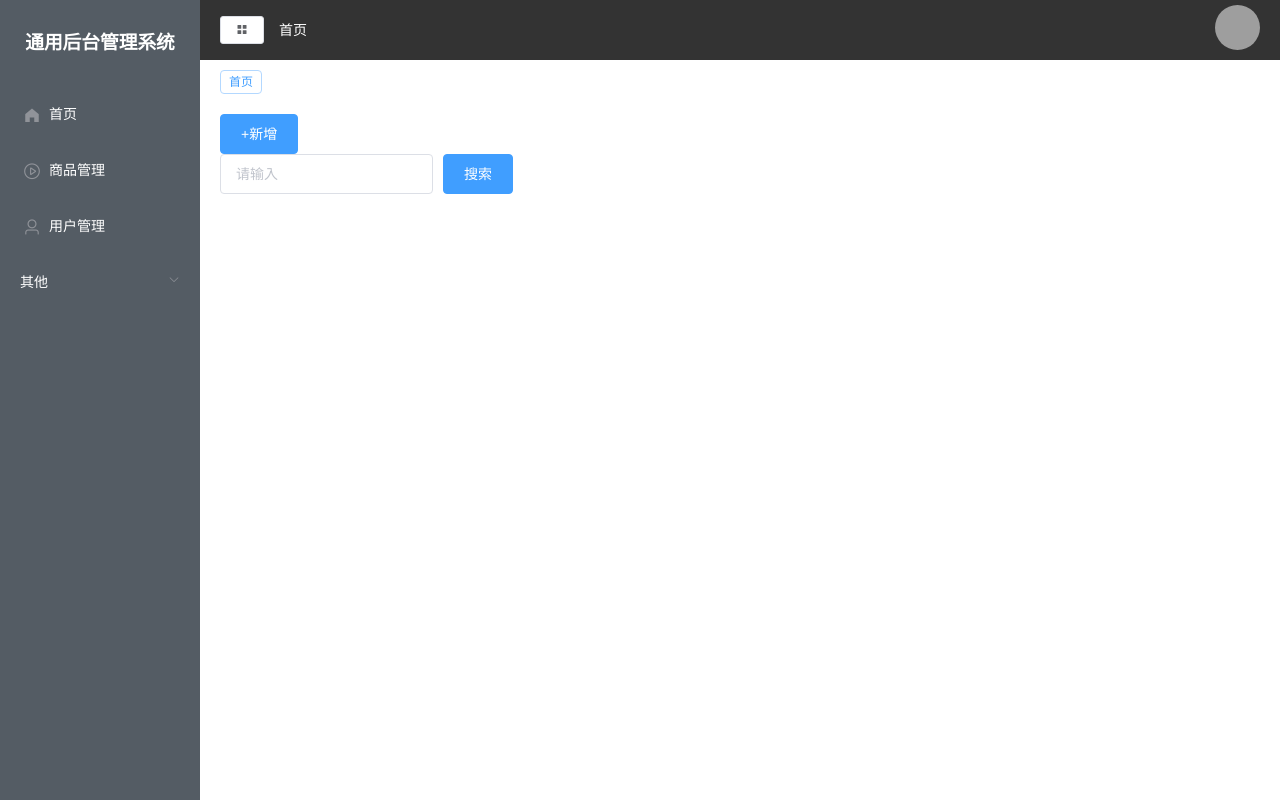
Repository: zhangwen001208/cmd
Page: /user
An editor plug-in stored every save of this project. The page is shown before and after the next save, followed by the edit.
The browser window is 1280 px wide. The pictures show the whole page.
Pictures or frames that could not be fetched are drawn as grey boxes. The project was rebuilt for these pictures with package versions that can differ from the ones it lists, and the page was loaded fresh each time. Also part of the build but not shown: vue.config.js.

Above is the page before, as saved 2022-08-31 11:21:17.

### src/main.js
import Vue from 'vue'
import App from './App.vue'
import router from './router'
import store from './store'
import ElementUI from 'element-ui';
import 'element-ui/lib/theme-chalk/index.css';

import 'normalize.css'
import './assets/css/index.less'

import '../src/request/mock.js'

Vue.config.productionTip = false

Vue.use( ElementUI )

new Vue({
  router,
  store,

  render: h => h(App)
}).$mount('#app')

### src/App.vue
<template>
  <div id="app">
    <router-view/>
  </div>
</template>

<style lang="less">
#app {
  font-family: Avenir, Helvetica, Arial, sans-serif;
  -webkit-font-smoothing: antialiased;
  -moz-osx-font-smoothing: grayscale;
  text-align: center;
  color: #2c3e50;
}

nav {
  padding: 30px;

  a {
    font-weight: bold;
    color: #2c3e50;

    &.router-link-exact-active {
      color: #42b983;
    }
  }
}
</style>

### src/router/index.js

import Vue from 'vue'
import VueRouter from 'vue-router'


Vue.use(VueRouter)

//即路由地址为’ / ’ 的页面，重复点击后重定向到的页面依然是Home页面，也就是所谓的产生了冗余导航，
const VueRouterPush = VueRouter.prototype.push
VueRouter.prototype.push = function push (location) {
  return  VueRouterPush.call(this, location).catch(err => err)
}


const routes = [
  {
    path: '/',
    name: 'main',
    component: () => import('../views/Main.vue'),
    children: [
      {
        path: '',
        name: 'home',

        component:() => import('../views/home/home.vue')
      },
      {
        path: '/user',
        name: 'user',
        component:() => import('../views/user/user.vue')
      },
      {
        path: '/mall',
        name: 'mall',
        component:() => import('../views/mall/mall.vue')
      },
      {
        path: '/page1',
        name: 'page1',
        component:() => import('../views/other/pageOne.vue')
      },
      {
        path: '/page2',
        name: 'page2  ',
        component:() => import('../views/other/pageTwo.vue')
      }



    ]
  },

]

const router = new VueRouter({
  mode: 'history',
  base: process.env.BASE_URL,
  routes
})






export default router

### src/store/index.js
import Vue from 'vue'
import Vuex from 'vuex'
import tab from './tab'
import userData from './userdata'

Vue.use(Vuex)

export default new Vuex.Store({
  state: {
  },
  getters: {
  },
  mutations: {
  },
  actions: {
  },
  modules: {
    tab,
    userData
  }
})

### src/assets/css/index.less
@import './base.less';

### src/request/mock.js
import Mock from 'mockjs'
import homeApi from './home.js'
import userApi from './user'


Mock.mock('/home/getData',homeApi.getStatisticalData )

Mock.mock('/user/add', 'post',userApi.createUser)
//

### src/views/Main.vue
<template>
  <div class="home">
      <el-container style="height: 100%">
        <el-aside width="auto">
          <home-aside/>
        </el-aside>
        <el-container>
          <el-header class="header">
            <home-header></home-header>
          </el-header>
           <commandTag/>
          <el-main>
          <router-view></router-view>
          </el-main>
        </el-container>
    </el-container>


  </div>
</template>

<script>

// @ is an alias to /src

import HomeAside from '../components/HomeAside.vue'
import homeHeader from '../components/homeHeader.vue'
import commandTag from '../components/commendTag.vue'

export default {
  name: 'HomeView',
  components: {
    HomeAside,
    homeHeader,
    commandTag

  }
}
</script>
<style lang="less" scoped>
.header{
  background-color: #333;
}

</style>

### src/views/user/user.vue
<!-- eslint-disable vue/multi-word-component-names -->
<template>
    <div class="manage">
        <el-dialog
         :title="operateType === 'add' ? '新增用户': '更新用户'"
        :visible.sync= 'isShow'>
        <common-form
        :FormLabel="opertateFormLabel"
        :form="operateform"
        :inline="true"
        ref="form">
        </common-form>
        <div slot="footer" class="dialog-fotter">
            <el-button @click="isShow = false">取消</el-button>
            <el-button type="primary" @click="confirm">确定</el-button>
        </div>
        </el-dialog>
        <div class="mange-header">
            <el-button type="primary" @click="addUser">+新增</el-button>
            <common-form
            :FormLabel="formLabel"
            :form="searchFrom"
            :inline="true"
            ref="form"
            >
            <el-button type="primary" @click="getList">搜索</el-button>
            </common-form>

        </div>


    </div>
</template>

<script>
import commonForm from '../../components/commonForm.vue'
    export default {
        components: {
            commonForm
        },
        data() {
            return {
                operateType: 'add',
                isShow: false,
                opertateFormLabel: [
                    {
                        model: 'name',
                        label: '姓名',
                        type: 'input'
                    },
                    {
                        model: 'age',
                        label: '年龄',
                        type: 'input'
                    },
                    {
                        model: 'sex',
                        label: '性别',
                        type: 'select',
                        opts: [
                            {
                                label: '男',
                                value: 1
                            },
                            {
                                label: '女',
                                value: 0

                                    }
                                ]
                            },
                     {
                         model: 'birth',
                         label: '出生日期',
                        type: 'date'
                    },
                     {
                         model: 'addr',
                         label: '地址',
                         type: 'input'
                    }

                ],
                operateform: {
                    name: '',
                    age: '',
                    addr: '',
                    birth: '',
                    sex: ''
                },
                formLabel: [
                        {
                            model: 'keyword',
                            label: '',
                            type: 'input'
                        }
                ],
                searchFrom: {
                        keyword: ''
                    }
             }
        },
        methods: {
            confirm() {

            },
            addUser() {
                this.isShow = true
                this.operateType = 'add'
                this.operateform =  {
                    name: '',
                    addr: '',
                    age: '',
                    birth: '',
                    sex: ''
                }

            },
            getList() {

            }

        }

    }
</script>

<style lang="scss" scoped>

</style>

### src/store/tab.js
export default {
    state: {
       isCollapse: false,
       tabsList: [
        {
            path: '/',
            name: 'home',
            label: '首页',
            icon: 'home'
        }
       ],
       currentMenu: null
    },
    mutations: {
        Collapsemenu(state) {
            state.isCollapse = !state.isCollapse
        },
        selectMenu(state, val) {
            if(val.name !== 'home') {
                state.currentMenu = val
                const result = state.tabsList.findIndex(item => item.name === val.name)

                if(result === -1) {
                    state.tabsList.push(val)
                }else {
                    state.currentMenu == null;
                }
            }
        }

    }
}

### src/store/userdata.js
export default {
    state: {
        opertateFormLabel: [
            {
                model: 'name',
                label: '姓名',
                type: 'input'
            },
            {
                model: 'age',
                label: '年龄',
                type: 'input'
            },
            {
                model: 'sex',
                label: '性别',
                type: 'select',
                opts: [
                    {
                        label: '男',
                        value: 1
                    },
                    {
                        label: '女',
                        value: 0

                    }
                ]
            },
            {
                model: 'birth',
                label: '出生日期',
                type: 'date'
            },
            {
                model: 'addr',
                label: '地址',
                type: 'input'
            }

                ],
                operateForm: {
                    name: '',
                    addr: '',
                    age: '',
                    birth: '',
                    sex: ''
                },
                formLabel: [
                    {
                        model: 'keyword',
                        label: '',
                        type: 'input'
                    }
                ],
                searchFrom: {
                    keyword: ''
                }
            }
        }

### src/assets/css/base.less

body{
    padding: 0;
    margin: 0;
}

html,body,#app {
    width: 100%;
    height: 100%;
    text-align: left;
}

### src/request/home.js
import Mock from 'mockjs'

let List = []

export default{
    getStatisticalData: () => {
        //Mock.Random.float 产生的随机数100到8000之间 保留小数
        for(let i = 0 ; i < 7; i++) {
            List.push(
                Mock.mock({
                    苹果: Mock.Random.float(100, 8000, 0, 0),
                    vivo: Mock.Random.float(100, 8000, 0, 0),
                    oppo: Mock.Random.float(100, 8000, 0, 0),
                    魅族: Mock.Random.float(100, 8000, 0, 0),
                    三星: Mock.Random.float(100, 8000, 0, 0),
                    小米: Mock.Random.float(100, 8000, 0, 0),
                })
            )
        }

        return {
            code: 20000,
            data: {
                //饼图
                videoData: [
                    {
                        name: '小米',
                        value: 2999
                    },
                    {
                        name: '苹果',
                        value: 5999
                    },
                    {
                        name: 'vivo',
                        value: 1500
                    },
                    {
                        name: 'opeo',
                        value: 1999
                    },
                    {
                        name: '魅族',
                        value: 888
                    },
                ],
                //柱状图
                userData: [
                    {
                        data: '周一',
                        new: 132,
                        active: 200
                    },
                    {
                        data: '周二',
                        new: 100,
                        active: 300
                    },
                    {
                        data: '周三',
                        new: 82,
                        active: 230
                    },
                    {
                        data: '周四',
                        new: 62,
                        active: 200
                    },
                    {
                        data: '周五',
                        new: 22,
                        active: 220
                    },
                    {
                        data: '周六',
                        new: 49,
                        active: 220
                    },
                    {
                        data: '周天',
                        new: 5,
                        active: 260
                    },

                ],
                //折线图
                orderData: {
                    date: ['20191001', '20191002', '20191003', '20191004', '20191005', '20191006', '20191007'],
                    data: List
                },

                tableData: [
                    {
                        name: 'oppo',
                        todayBuy: 100,
                        monthBuy: 300,
                        totalBuy: 800
                    },
                    {
                        name: 'vivo',
                        todayBuy: 100,
                        monthBuy: 300,
                        totalBuy: 800
                    },{
                        name: 'apple',
                        todayBuy: 100,
                        monthBuy: 300,
                        totalBuy: 800
                    },{
                        name: '小米',
                        todayBuy: 100,
                        monthBuy: 300,
                        totalBuy: 800
                    },{
                        name: '三星',
                        todayBuy: 100,
                        monthBuy: 300,
                        totalBuy: 800
                    },{
                        name: '魅族',
                        todayBuy: 100,
                        monthBuy: 300,
                        totalBuy: 800
                    }
                ],
            }
        }
    }
}

### src/request/user.js
import Mock from 'mockjs'


function param2obj( url) {
    const searh = url.split('?')[1]
    if(!searh) {
        return {}
    }
    return JSON.parse(
        '{"' +
        decodeURIComponent(searh)
        .replace(/"/g,'\\"')
        .replace(/&/g,'","')
        .replace(/=/g,'":"')+
        '"}'
    )
}
let List = []
const count = 200

for(let i = 0; i< count; i++) {
    List.push(
        Mock.mock({
            id: Mock.Random.guid(),
            name: Mock.Random.cname(),
            addr: Mock.mock('@county(true)'),
            'age|18-60': 1,
            birth: Mock.Random.date(),
            sex: Mock.Random.integer(0,1)
        })
    )
}

export default{

    //获取列表
    getUserList : config => {
        const { name, page = 1, limit = 20} = param2obj(config.url)
        console.log('name:' + name, 'page:' + page, '分页大小limit:' + limit)
        const mockList = List.filter(user => {
            if(name && user.name.indexof(name) === -1 && user.addr.indexof(name) === -1) return false
            return true
        })
        const pageList =  mockList.filter((item, index) => index < limit *page && index >= limit*(page - 1 ))
        return{
            code: 20000,
            count: mockList.length,
            list: pageList
        }
    },

    //增加用户
    createUser: config => {
        const { name, addr,age, birth,sex} = JSON.parse(config.body)
        console.log(JSON.parse(config.body))
        List.unshift({
            id: Mock.Random.guid(),
            name: name,
            addr: addr,
            age: age,
            birth: birth,
            sex: sex
        })
        return {
            code: 20000,
            data: {
                message: '添加成功'
            }

        }
    },

    //删除用户
    deleteUser: config => {
        const { id } = param2obj(config.url)
        if(!id) {
            return {
                code: -999,
                message: '参数不正确'
            }
        }else {
            List = List.filter(u => u.id !== id)
            return {
                code: 20000,
                message: '删除成功'
            }
        }
    },

    //批量删除成功
    batchremove: config => {
        let {ids} = param2obj(config.url)
        ids = ids.split(',')
        List = List.filter(u =>ids.includes(u.id))
        return {
            code: 20000,
            data: {
                message: '批量删除成功'
            }
        }
    },

    updateUser: config => {
        const {id, name, addr, age, birth, sex} = JSON.parse(config.body)
        const sex_num = parseInt(sex)
        List.some(u => {
            if(u.id === id) {
                u.name = name
                u.addr = addr
                u.age = age
                u.birth = birth
                u.sex = sex_num
                return true
            }
        })
        return {
            code: 20000,
            data: {
                message: '编辑成功'
            }
        }
    }


}

### src/components/HomeAside.vue
<template>
<el-menu  default-active="1-4-1"
    class="el-menu-vertical-demo"
     background-color= '#545c64'
     text-color="#fff"
     active-text-color="#ffd04b"
    @open="handleOpen" @close="handleClose"
    :collapse="isCollapse">
  <h3>{{isCollapse? '后台': '通用后台管理系统'}}</h3>
  <el-menu-item  @click="clickmenu(item)" v-for="item in nochildren" index="item.path" :key="item.path">
    <i :class="'el-icon-'+item.icon"></i>
    <span slot="title">{{item.label}}</span>
  </el-menu-item>
  <el-submenu v-for="item in haschildren" index="item.path" :key="item.path">
    <template slot="title">
      <i class="'el-icon-'+item.icon"></i>
      <span slot="title">{{item.label}}</span>
    </template>
    <el-menu-item-group v-for="subitem in item.children" index='subitem.path' :key="subitem.path">

      <el-menu-item @click="clickmenu(subitem)" index="1-1">{{subitem.label}}</el-menu-item>

    </el-menu-item-group>

  </el-submenu>


</el-menu>

</template>

<script>
export default {
    data() {
      return {

        menu:[
          {
            path: '/',
            name: 'home',
            label: '首页',
            icon: 's-home',
            url: 'Home/home'
          },
           {
            path: '/mall',
            name: 'mall',
            label: '商品管理',
            icon: 'video-play',
            url: 'MallManage/MallManage'
          },
           {
            path: '/user',
            name: 'user',
            label: '用户管理',
            icon: 'user',
            url: 'UserManage/UserManage'
          },
           {

            label: '其他',
            icon: 'location',
           children: [
            {
            path: '/page1',
            name: 'page1',
            label: '页面1',
            icon: 'setting',
            url: 'Other/pageOne'
            },
            {
            path: '/page2',
            name: 'page2',
            label: '页面2',
            icon: 'setting',
            url: 'Other/pageTwo'
            }

           ]
          }

        ]
      };
    },
    methods: {
      handleOpen(key, keyPath) {
        console.log(key, keyPath);
      },
      handleClose(key, keyPath) {
        console.log(key, keyPath);
      },
      clickmenu(item) {
        if(this.$router.path !== item.path) {
            this.$router.push({
            name: item.name,
        })
        }
        this.$store.commit('selectMenu', item)


      }
    },
    computed: {
      nochildren() {
        return this.menu.filter(item => !item.children)
      },
      haschildren() {
         return this.menu.filter(item => item.children)
      },
      isCollapse() {
        return  this.$store.state.tab.isCollapse
      }
    }
  }
</script>

<style lang="less" scoped>
  .el-menu-vertical-demo:not(.el-menu--collapse) {
    width: 200px;
    height: 800px;

  }
  .el-menu {
    height: 800px;
    border: none;
    h3{
      color: #fff;
      text-align: center;
      line-height: 48px;

    }
  }

</style>

### src/components/homeHeader.vue
<template>
   <header>
        <div class="l-content">
            <el-button @click="hadrlemenu" plain icon="el-icon-menu" size="mini"></el-button>
            <!-- <h3 style="color: #fff">首页</h3> -->
            <el-breadcrumb separator="/">
                    <el-breadcrumb-item v-for="item in tags" :key="item.path" :to="{ path: item.path }">{{item.label}}</el-breadcrumb-item>


            </el-breadcrumb>
         </div>
         <div class="r-content">
            <el-dropdown trigger="click" szie="mini">
                <span>
                    <img class="user" :src="userImg">
                </span>
                <el-dropdown-menu slot="dropdown">
                    <el-dropdown-item>个人中心</el-dropdown-item>
                    <el-dropdown-item>退出</el-dropdown-item>
                </el-dropdown-menu>

            </el-dropdown>

         </div>
   </header>

</template>

<script>

import {mapState} from 'vuex'

    export default {
        name: 'homeHeader',
        data() {
            return {
                userImg: require('../assets/img/tx.jpeg')
            }
        },
        methods: {
            hadrlemenu() {
                this.$store.commit('Collapsemenu')
            }
        },
        computed: {
            ...mapState({
                tags: state => state.tab.tabsList
            })


        },





    }
</script>

<style lang="less" scoped>
header {
    display: flex;
    height: 100%;
    justify-content: space-between;
    align-items: center;
    .l-content {
        display: flex;
        align-items: center;
        .el-button {
            margin-right: 15px;

        }
        .el-breadcrumb ::v-deep .el-breadcrumb__inner {
        color: #fff !important;
}
    }
    .r-content {
        .user {
            width: 45px;
            height: 45px;
            border-radius: 50%;
        }
    }


}


</style>

### src/components/commendTag.vue
<template>
    <div class="tag">
      <el-tag
        v-for="(tag,index) in tags"
        :key="tag.name"
        :closable ="tag.name !== 'home'"
        :effect= "$route.name == tag.name? 'dark': 'plain' "
        @click="changmenu(tag)"
        @close= "handleClose(tag, index)"
        size="small"
        >
        {{tag.label}}
     </el-tag>


    </div>
</template>

<script>
import { mapState } from 'vuex'


    export default {
        name: 'commandTag',
        data() {
            return {

            }
        },
        computed: {
            ...mapState({
                tags: state => state.tab.tabsList
            })
        },
        created() {
            console.log(this.tags)
        },
        methods: {
            changmenu(item) {
                this.$router.push({
                    name: item.name
                })

            },
            handleClose(tag){
            this.tags.splice(this.tags.indexOf(tag), 1);
            }
        },



    }
</script>

<style lang="less" scoped>

.tag {
    margin: 10px 10px 0 20px;
    .el-tag {
        margin-right: 20px;
        cursor: pointer;
    }
}

</style>

### src/components/commonForm.vue
<!-- eslint-disable vue/no-mutating-props -->
<template>
    <div>
        <el-form ref="form" label-width= '100px' :model= 'form' :inline= 'inline'>
            <el-form-item v-for=" item in FormLabel" :key="item.label" :label="item.label">
                <el-input
                v-if = "item.type === 'input'"
                :placeholder="'请输入'+ item.label"
                v-model="form[item.model]"
                >
                </el-input>
                <el-switch
                 v-if = "item.type === 'switch'"
                v-model= "form[item.model]"
                >
                </el-switch>
                <el-date-picker
                v-if= "item.type === 'date'"
                type='date'
                value-format = 'yyyy-MM-dd'
                placeholder="选择日期"
                v-model= "form[item.model]"
                >
                </el-date-picker>
                <el-select
                v-if="item.type === 'select'"
                placeholder="选择性别"
                v-model= "form[item.model]">
                <el-option
                v-for="item in item.opts"
                :key="item.value"
                :label="item.label"
                :value="item.value"
                >

                </el-option>

                </el-select>

            </el-form-item>
            <el-form-item>
                <slot></slot>
            </el-form-item>

        </el-form>

    </div>
</template>

<script>
    export default {
        props: {
            FormLabel: Array,
            form:Object,
            inline: Boolean

        },
        data() {
            return {

            }
        },
       created() {
        console.log(this.FormLabel)
        // console.log(this.item.opts)
       }

    }
</script>

<style lang="scss" scoped>

</style>

Loaded but not shown: public/index.html (common file)

After the next save:
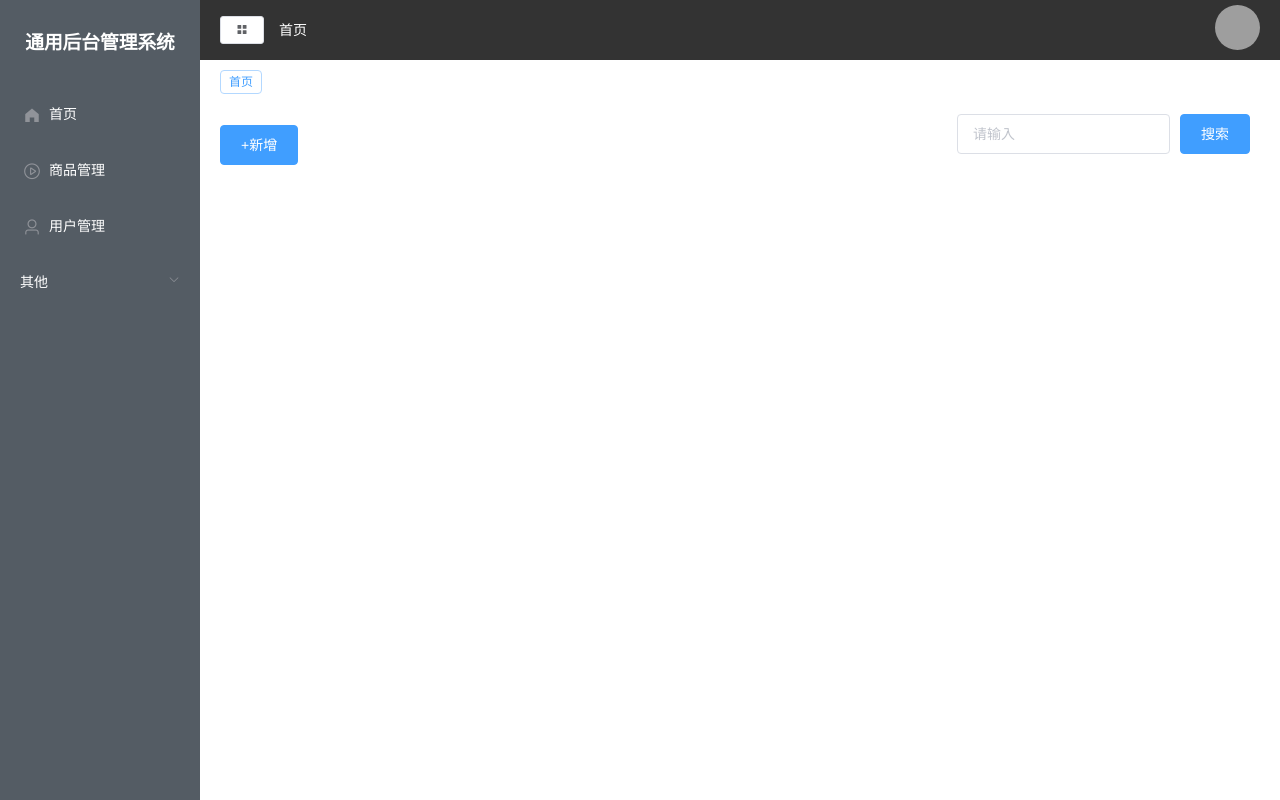
Saved 14 min 50 s later.
--- a/src/views/user/user.vue
+++ b/src/views/user/user.vue
@@ -125,6 +125,12 @@ import commonForm from '../../components/commonForm.vue'
     }
 </script>
 
-<style lang="scss" scoped>
+<style lang="less" scoped>
+
+.mange-header {
+    display: flex;
+    justify-content: space-between;
+    align-items: center;
+}
 
 </style>
